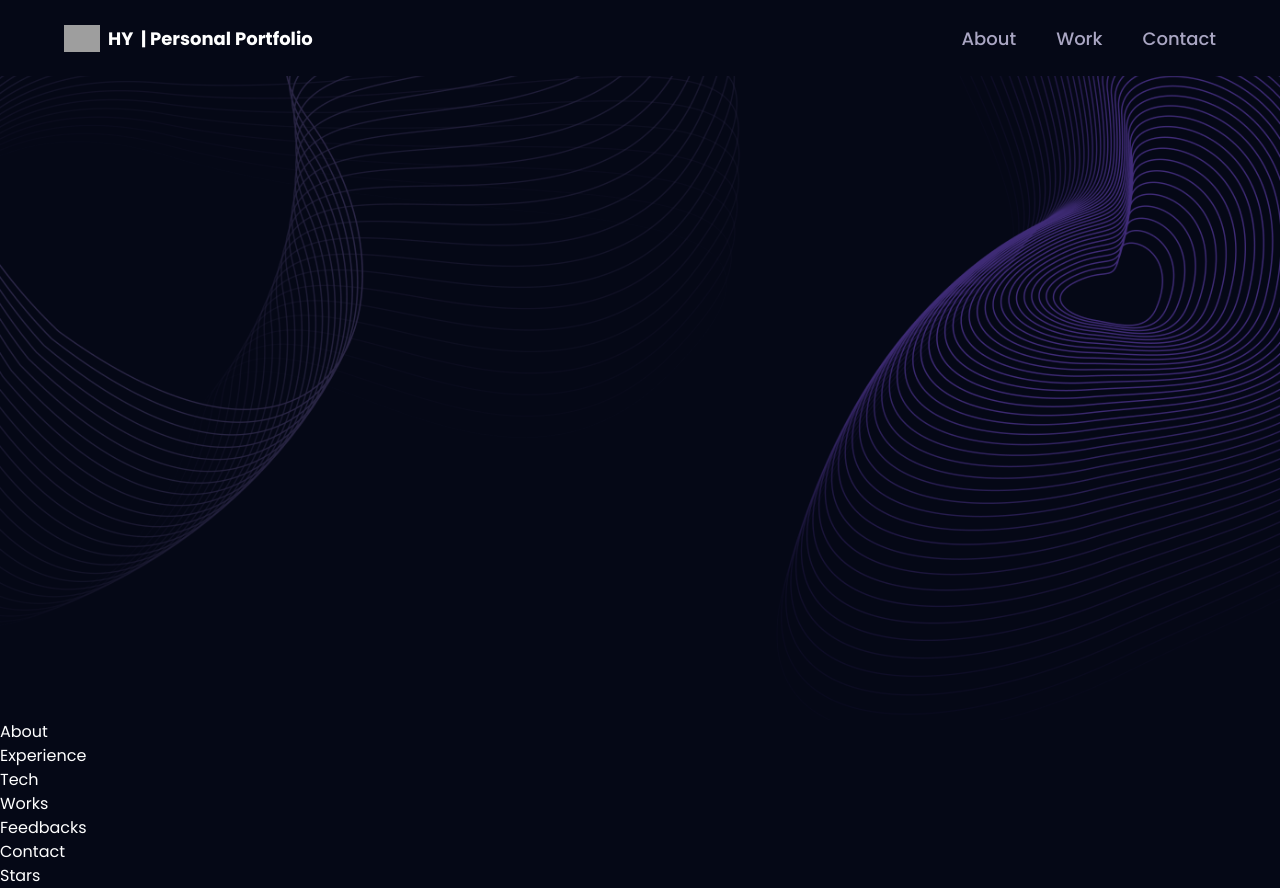
Repository: huiyyee/3d_portfolio
Page: /
An editor plug-in stored every save of this project. The page is shown before and after a run of saves, followed by the edit.
The browser window is 1280 px wide. The pictures show the whole page.
Pictures or frames that could not be fetched are drawn as grey boxes. The project was rebuilt for these pictures with package versions that can differ from the ones it lists, and the page was loaded fresh each time. Also part of the build but not shown: vite.config.js, src/components/canvas/Earth.jsx, src/components/canvas/Ball.jsx, src/components/canvas/Computers.jsx.

Above is the page before, as saved 2024-10-10 23:11:24.

### index.html
<!doctype html>
<html lang="en">
  <head>
    <meta charset="UTF-8" />
    <link rel="icon" type="image/svg+xml" href="/vite.svg" />
    <meta name="viewport" content="width=device-width, initial-scale=1.0" />
    <title>HY | Portfolio</title>
  </head>
  <body>
    <div id="root"></div>
    <script type="module" src="/src/main.jsx"></script>
  </body>
</html>

### src/App.jsx
import { BrowserRouter } from "react-router-dom" //used for routing
import { About, Contact, Experience, Feedbacks,
  Hero, Navbar, Tech, Works, StarsCanvas } from './components';

const App = () => {
  return (
    <BrowserRouter>
      <div className="relative z-0 bg-primary">
        <div className="bg-hero-pattern bg-cover bg-no-repeat bg-center">
          <Navbar/>
          <Hero/>
        </div>
        <About/>
        <Experience/>
        <Tech/>
        <Works/>
        <Feedbacks/>
        <div className="relative z-0">
          <Contact/>
          <StarsCanvas />
        </div>
      </div>
    </BrowserRouter>

  )
}

export default App

### src/components/Hero.jsx
import { motion } from 'framer-motion';
import { styles } from './styles'
import { ComputersCanvas } from './canvas';

const Hero = () => {
  return (
    <section className='relative w-full h-screen mx-auto'>
      <div className={`${styles.paddingX}absolute
      inset-0 top-[120px] max-w-7xl mx-auto flex flex-row items-start gap-5`}>
        <div className="flex flex-col
        justify-center items-center mt-5">
          <div className="w-5 h-5 rounded-full bg-[#915eff]"/>
          <div className='w-1 sm:h-80 h-40 violen'/>
        </div>
      </div>
    </section >
  )
}

export default Hero

### src/components/Navbar.jsx
import React, { useEffect, useState} from 'react'
import { Link } from 'react-router-dom'//use to navigate to other parts of the pages
import { styles } from './styles';
import { navLinks } from '../constants';
import { logo, menu, close} from '../assets';

const Navbar = () => {
  const [active,setActive] = useState('');
  const [toggle,setToggle] = useState(false)
  return (
    <nav
      className={`${styles.paddingX} w-full flex
      items-center py-5 fixed top-0 z-20 bg-primary`}
    >
      <div className="w-full flex
      justify-between items-center max-w-7xl mx-auto">
        <Link
          to = "/"
          className="flex items-center gap-2"
          onClick={() => {
            setActive("");
            window.scrollTo(0, 0);
          }}
        >
          <img src={logo} alt="Logo" className="w-9 h-9 object-contain"
            style={{ maxWidth: '150px', maxHeight: '150px' }}

          />
          <p className="text-white text-[18px]
          font-bold cursor-pointe flex">HY &nbsp; <span className="sm:block hidden">
            | Personal Portfolio</span> </p>
        </Link>
        <ul className="list-none hidden sm:flex
        flex-row gap-10">
          {navLinks.map((Link)=>(
          <li
            key={Link.id}
            className={`${
              active === Link.title
                ? "text-white"
                : "text-secondary"
            }
            text-gray-500
            hover:text-white text-[18px]
            font-medium cursor-pointer`}
            onClick={() => setActive(Link.title)}
          >
            <a href={`#${Link.id}`}>{Link.title}</a>
          </li>

          ))}
        </ul>
        <div className="sm:hidden flex flex-1 justify-end items-center"
        >
          <img src={toggle ? close: menu}
          alt="menu"
          className="w-[28px] h-[28px] object-contain cursor-pointer"
          onClick={()=> setToggle(!toggle)}
          />

          <div className={`${!toggle? 'hidden':'flex'} p-6 black-gradient absolute
          top-20 right-0 mx-4 my-2 min-w[140px] z-10 rounded-xl`}>
          <ul className="list-none flex justify-end items-start flex-col gap-4">
            {navLinks.map((Link)=>(
            <li
              key={Link.id}
              className={`${
                active === Link.title
                  ? "text-white"
                  : "text-secondary"
              }font-poppins font-medium cursor-pointer text-[16px]`}
              onClick={() => {
                setToggle(!toggle)
                setActive(Link.title)
              }}>
              <a href={`#${Link.id}`}>{Link.title}</a>
            </li>
            ))}
        </ul>
            </div>
        </div>

      </div>
    </nav>
  )
}

export default Navbar

### src/components/styles.js
const styles = {
    paddingX: "sm:px-16 px-6",
    paddingY: "sm:py-16 py-6",
    padding: "sm:px-16 px-6 sm:py-16 py-10",

    heroHeadText:
        "font-black text-white lg:text-[80px] sm:text-[60px] xs:text-[50px] text-[40px] lg:leading-[98px] mt-2",
    heroSubText:
        "text-[#dfd9ff] font-medium lg:text-[30px] sm:text-[26px] xs:text-[20px] text-[16px] lg:leading-[40px]",

    sectionHeadText:
        "text-white font-black md:text-[60px] sm:text-[50px] xs:text-[40px] text-[30px]",
    sectionSubText:
        "sm:text-[18px] text-[14px] text-secondary uppercase tracking-wider",
    };

export { styles };

### src/constants/index.js
import {
    mobile,
    backend,
    creator,
    web,
    javascript,
    typescript,
    html,
    css,
    reactjs,
    redux,
    tailwind,
    nodejs,
    mongodb,
    git,
    figma,
    docker,
    meta,
    starbucks,
    tesla,
    shopify,
    carrent,
    jobit,
    tripguide,
    threejs,
  } from "../assets";

  export const navLinks = [
    {
      id: "about",
      title: "About",
    },
    {
      id: "work",
      title: "Work",
    },
    {
      id: "contact",
      title: "Contact",
    },
  ];

  const services = [
    {
      title: "Web Developer",
      icon: web,
    },
    {
      title: "React Native Developer",
      icon: mobile,
    },
    {
      title: "Backend Developer",
      icon: backend,
    },
    {
      title: "Content Creator",
      icon: creator,
    },
  ];

  const technologies = [
    {
      name: "HTML 5",
      icon: html,
    },
    {
      name: "CSS 3",
      icon: css,
    },
    {
      name: "JavaScript",
      icon: javascript,
    },
    {
      name: "TypeScript",
      icon: typescript,
    },
    {
      name: "React JS",
      icon: reactjs,
    },
    {
      name: "Redux Toolkit",
      icon: redux,
    },
    {
      name: "Tailwind CSS",
      icon: tailwind,
    },
    {
      name: "Node JS",
      icon: nodejs,
    },
    {
      name: "MongoDB",
      icon: mongodb,
    },
    {
      name: "Three JS",
      icon: threejs,
    },
    {
      name: "git",
      icon: git,
    },
    {
      name: "figma",
      icon: figma,
    },
    {
      name: "docker",
      icon: docker,
    },
  ];

  const experiences = [
    {
      title: "React.js Developer",
      company_name: "Starbucks",
      icon: starbucks,
      iconBg: "#383E56",
      date: "March 2020 - April 2021",
      points: [
        "Developing and maintaining web applications using React.js and other related technologies.",
        "Collaborating with cross-functional teams including designers, product managers, and other developers to create high-quality products.",
        "Implementing responsive design and ensuring cross-browser compatibility.",
        "Participating in code reviews and providing constructive feedback to other developers.",
      ],
    },
    {
      title: "React Native Developer",
      company_name: "Tesla",
      icon: tesla,
      iconBg: "#E6DEDD",
      date: "Jan 2021 - Feb 2022",
      points: [
        "Developing and maintaining web applications using React.js and other related technologies.",
        "Collaborating with cross-functional teams including designers, product managers, and other developers to create high-quality products.",
        "Implementing responsive design and ensuring cross-browser compatibility.",
        "Participating in code reviews and providing constructive feedback to other developers.",
      ],
    },
    {
      title: "Web Developer",
      company_name: "Shopify",
      icon: shopify,
      iconBg: "#383E56",
      date: "Jan 2022 - Jan 2023",
      points: [
        "Developing and maintaining web applications using React.js and other related technologies.",
        "Collaborating with cross-functional teams including designers, product managers, and other developers to create high-quality products.",
        "Implementing responsive design and ensuring cross-browser compatibility.",
        "Participating in code reviews and providing constructive feedback to other developers.",
      ],
    },
    {
      title: "Full stack Developer",
      company_name: "Meta",
      icon: meta,
      iconBg: "#E6DEDD",
      date: "Jan 2023 - Present",
      points: [
        "Developing and maintaining web applications using React.js and other related technologies.",
        "Collaborating with cross-functional teams including designers, product managers, and other developers to create high-quality products.",
        "Implementing responsive design and ensuring cross-browser compatibility.",
        "Participating in code reviews and providing constructive feedback to other developers.",
      ],
    },
  ];

  const testimonials = [
    {
      testimonial:
        "I thought it was impossible to make a website as beautiful as our product, but Rick proved me wrong.",
      name: "Sara Lee",
      designation: "CFO",
      company: "Acme Co",
      image: "https://randomuser.me/api/portraits/women/4.jpg",
    },
    {
      testimonial:
        "I've never met a web developer who truly cares about their clients' success like Rick does.",
      name: "Chris Brown",
      designation: "COO",
      company: "DEF Corp",
      image: "https://randomuser.me/api/portraits/men/5.jpg",
    },
    {
      testimonial:
        "After Rick optimized our website, our traffic increased by 50%. We can't thank them enough!",
      name: "Lisa Wang",
      designation: "CTO",
      company: "456 Enterprises",
      image: "https://randomuser.me/api/portraits/women/6.jpg",
    },
  ];

  const projects = [
    {
      name: "Car Rent",
      description:
        "Web-based platform that allows users to search, book, and manage car rentals from various providers, providing a convenient and efficient solution for transportation needs.",
      tags: [
        {
          name: "react",
          color: "blue-text-gradient",
        },
        {
          name: "mongodb",
          color: "green-text-gradient",
        },
        {
          name: "tailwind",
          color: "pink-text-gradient",
        },
      ],
      image: carrent,
      source_code_link: "https://github.com/",
    },
    {
      name: "Job IT",
      description:
        "Web application that enables users to search for job openings, view estimated salary ranges for positions, and locate available jobs based on their current location.",
      tags: [
        {
          name: "react",
          color: "blue-text-gradient",
        },
        {
          name: "restapi",
          color: "green-text-gradient",
        },
        {
          name: "scss",
          color: "pink-text-gradient",
        },
      ],
      image: jobit,
      source_code_link: "https://github.com/",
    },
    {
      name: "Trip Guide",
      description:
        "A comprehensive travel booking platform that allows users to book flights, hotels, and rental cars, and offers curated recommendations for popular destinations.",
      tags: [
        {
          name: "nextjs",
          color: "blue-text-gradient",
        },
        {
          name: "supabase",
          color: "green-text-gradient",
        },
        {
          name: "css",
          color: "pink-text-gradient",
        },
      ],
      image: tripguide,
      source_code_link: "https://github.com/",
    },
  ];

  export { services, technologies, experiences, testimonials, projects };

### src/assets/index.js
import logo from "/Users/huiyee/Downloads/9-high-resolution-logo.png";
import backend from "./backend.png";
import creator from "./creator.png";
import mobile from "./mobile.png";
import web from "./web.png";
import github from "./github.png";
import menu from "./menu.svg";
import close from "./close.svg";

import css from "./tech/css.png";
import docker from "./tech/docker.png";
import figma from "./tech/figma.png";
import git from "./tech/git.png";
import html from "./tech/html.png";
import javascript from "./tech/javascript.png";
import mongodb from "./tech/mongodb.png";
import nodejs from "./tech/nodejs.png";
import reactjs from "./tech/reactjs.png";
import redux from "./tech/redux.png";
import tailwind from "./tech/tailwind.png";
import typescript from "./tech/typescript.png";
import threejs from "./tech/threejs.svg";

import meta from "./company/meta.png";
import shopify from "./company/shopify.png";
import starbucks from "./company/starbucks.png";
import tesla from "./company/tesla.png";

import carrent from "./carrent.png";
import jobit from "./jobit.png";
import tripguide from "./tripguide.png";

export {
  logo,
  backend,
  creator,
  mobile,
  web,
  github,
  menu,
  close,
  css,
  docker,
  figma,
  git,
  html,
  javascript,
  mongodb,
  nodejs,
  reactjs,
  redux,
  tailwind,
  typescript,
  threejs,
  meta,
  shopify,
  starbucks,
  tesla,
  carrent,
  jobit,
  tripguide,
};

Loaded but not shown: src/main.jsx (common file); src/index.css (common file); src/components/index.js (common file); src/components/canvas/index.js (common file); src/components/About.jsx (common file); src/components/Tech.jsx (common file); src/components/Experience.jsx (common file); src/components/Works.jsx (common file); src/components/Feedbacks.jsx (common file); src/components/Contact.jsx (common file); src/components/canvas/Stars.jsx (common file); tailwind.config.js (common file)

After the next 2 saves:
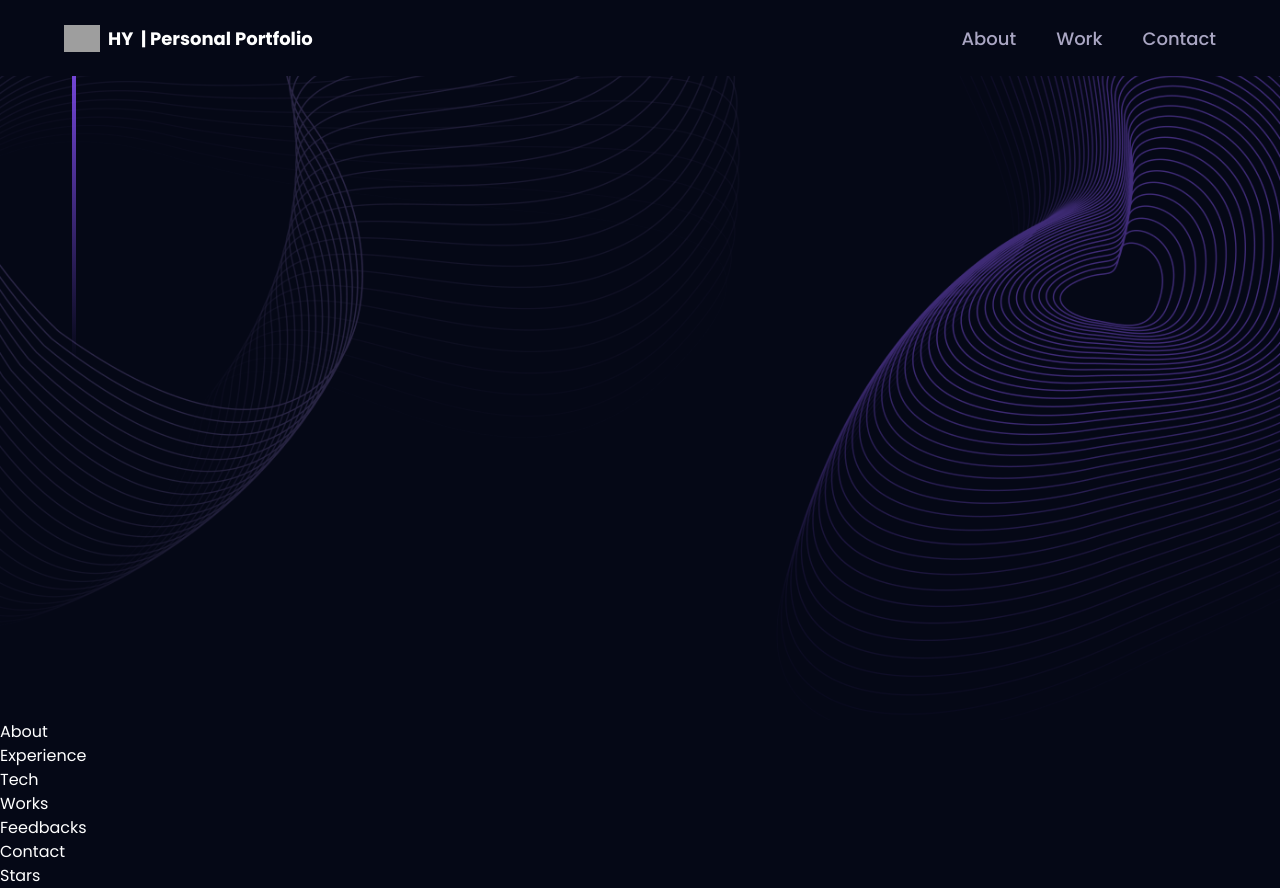
The 2 saves are shown as one change because they came seconds apart.
The last was saved 6 s later.
--- a/src/components/Hero.jsx
+++ b/src/components/Hero.jsx
@@ -10,7 +10,7 @@ const Hero = () => {
         <div className="flex flex-col
         justify-center items-center mt-5">
           <div className="w-5 h-5 rounded-full bg-[#915eff]"/>
-          <div className='w-1 sm:h-80 h-40 violen'/>
+          <div className='w-1 sm:h-80 h-40 violet-gradient'/>
         </div>
       </div>
     </section >
